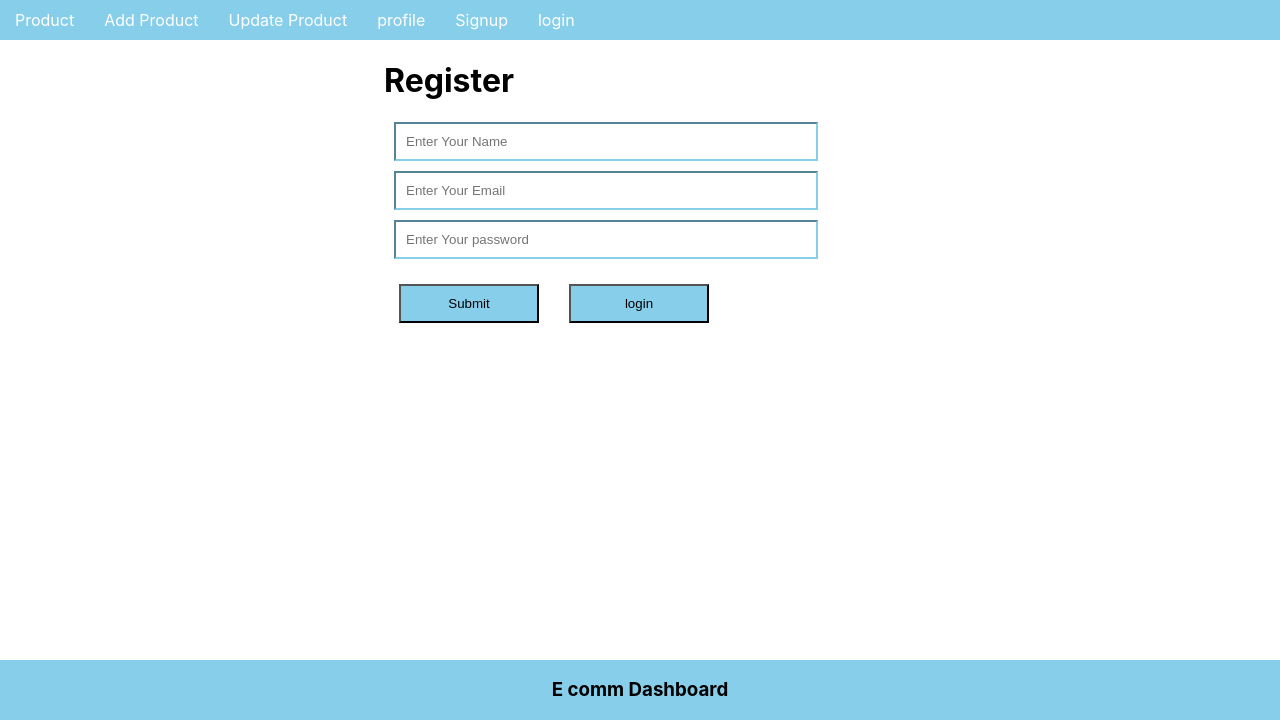
Repository: ShahbazGurmani/react-code-e-dashboard
Page: /logout
An editor plug-in stored every save of this project. The page is shown before and after the next save, followed by the edit.
The browser window is 1280 px wide. The pictures show the whole page.
The project was rebuilt for these pictures with package versions that can differ from the ones it lists, and the page was loaded fresh each time. Also part of the build but not shown: src/components/Login.js.

Above is the page before, as saved 2023-08-24 22:46:03.

After the next save:
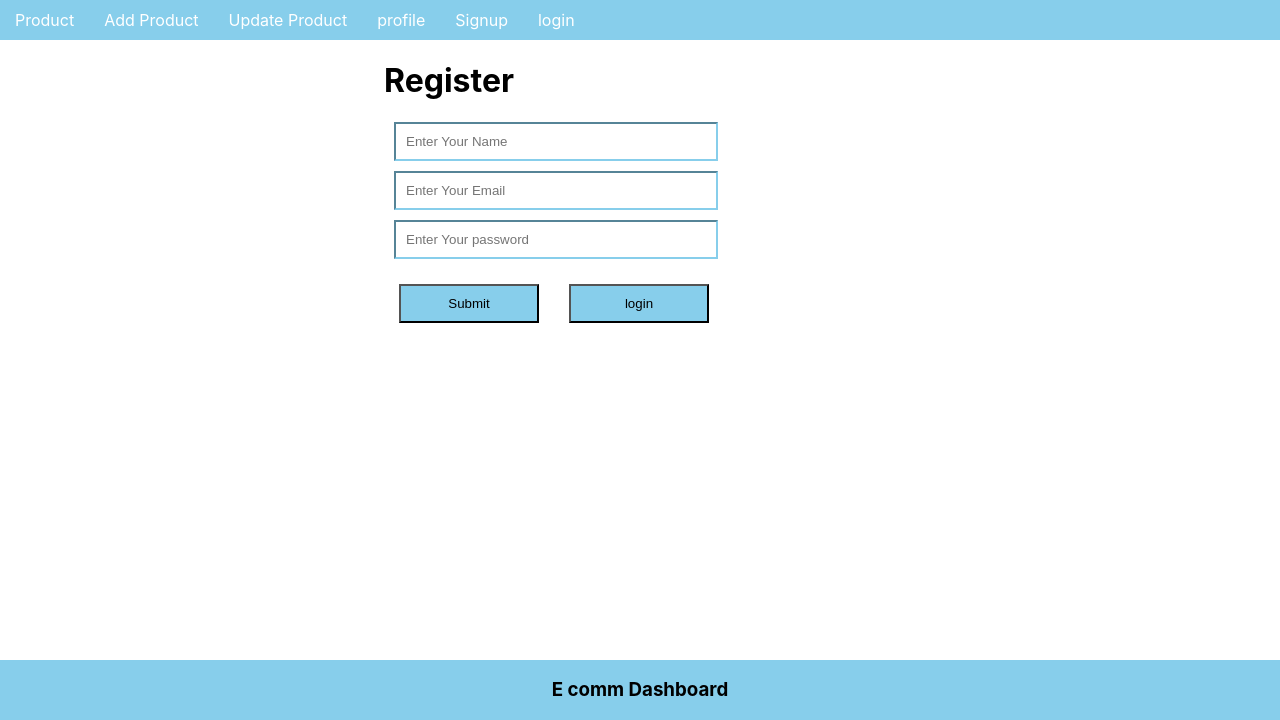
Saved 12 s later.
--- a/src/App.css
+++ b/src/App.css
@@ -29,7 +29,7 @@
   display: block;
     padding: 10px;
     margin: 10px;
-    width: 400px;
+    width: 300px;
     border-color: skyblue;
 }
 .button{
